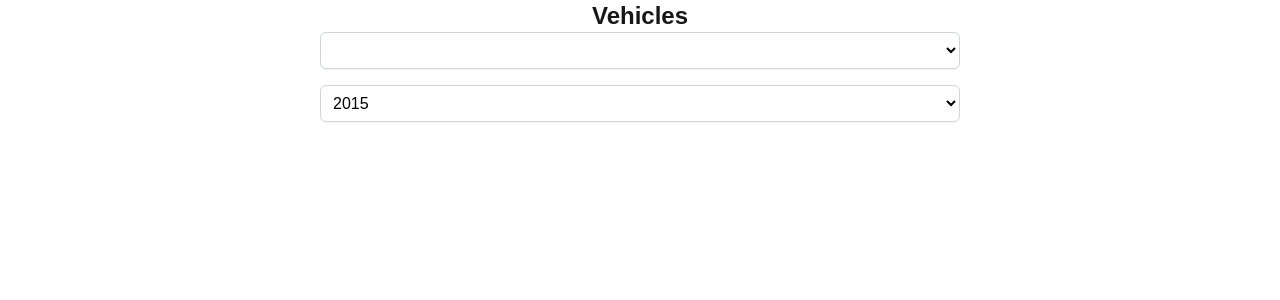
Repository: purpleFade/car-dealer-app
Page: /
The author's editor kept a copy of each file at every save. The page is drawn from the files as they stood at one save, then again after the next save.
The browser window is 1280 px wide. The pictures show the whole page.
The page's requests for data from a server got no answer. The project was rebuilt for these pictures with package versions that can differ from the ones it lists, and the page was loaded fresh each time. The framework's server and built-in components were replaced by stand-ins that run in the browser. No one was signed in, and anything a server would have sent is missing. Also part of the build but not shown: next.config.ts.

Above is the page before, as saved 2024-12-21 10:46:27.

After the next save:
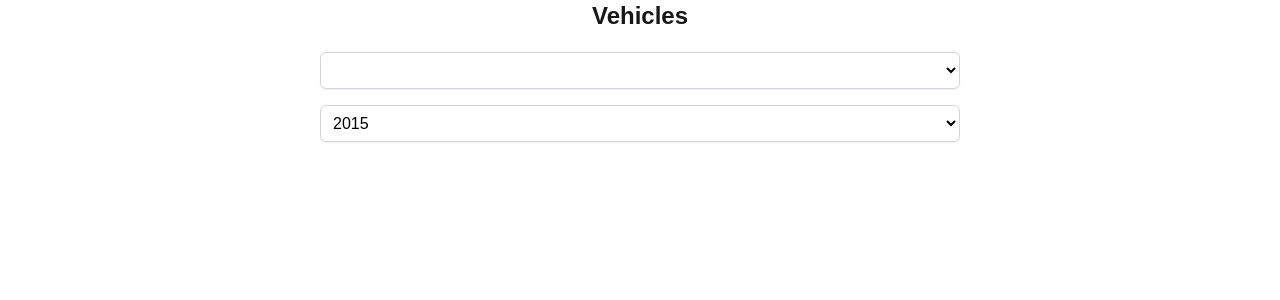
Saved 5 s later.
--- a/src/app/page.tsx
+++ b/src/app/page.tsx
@@ -23,7 +23,7 @@ export default function Home() {
 
   return (
     <div className='flex flex-col items-center justify-center'>
-      <h1 className='text-2xl font-bold'>Vehicles</h1>
+      <h1 className='text-2xl font-bold mb-5'>Vehicles</h1>
       <select className="block text-black w-1/2 p-2 mb-4 bg-white border border-gray-300 rounded-md shadow-sm focus:outline-none focus:ring focus:ring-purple-500 focus:border-purple-500">
         {vehicles.map((vehicle) => (
           <option key={vehicle.MakeId} value={vehicle.MakeId} className="text-purple-800">
